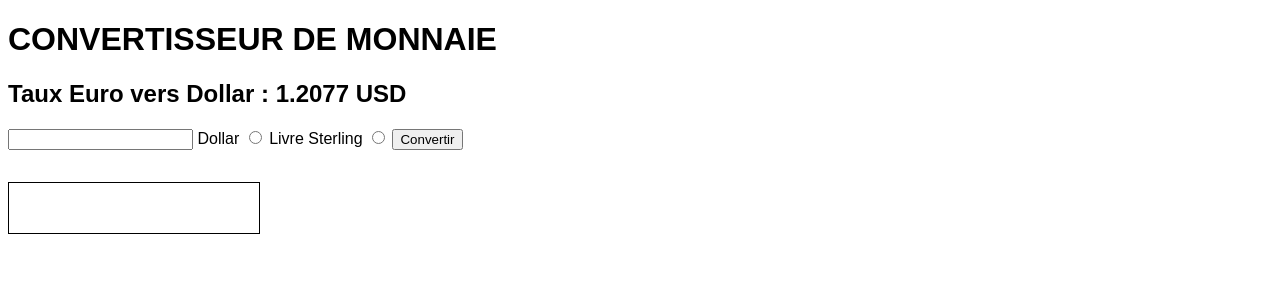
Repository: techmindconsulting/wordshiop-js
Page: index.html
An editor plug-in stored every save of this project. The page is shown before and after a run of saves, followed by the edit.
The browser window is 1280 px wide. The pictures show the whole page.

Above is the page before, as saved 2021-01-17 13:17:13.

### index.html
<!DOCTYPE html>
<html lang="en">
<head>
    <meta charset="UTF-8">
    <meta name="viewport" content="width=device-width, initial-scale=1.0">
    <title>Convertisseur</title>
    <script src="conversion.js"></script>
    <style>
        html {
            font-family: sans-serif;
        }
        p {
            border: 1px solid black;
            width: 250px;
            height: 50px;
            font-size: 2rem;
        }
    </style>
</head>
<body>
    <h1>CONVERTISSEUR DE MONNAIE</h1>
    <h2>Taux Euro vers Dollar : 1.2077 USD</h2>
    <input type="text" id="amount" >
    <label for="amount">Dollar</label>
    <input type="radio" id="dollar" name="currency">
    <label for="livre_sterling">Livre Sterling</label>
    <input type="radio" id="livre_sterling" name="currency">

    <input type="button" value="Convertir" onClick=convertir()>
    <p id="resultat"></p>
</body>
</html>

### conversion.js
/* Fonction qui est appelé sur l'évenement utilisateur onClick */
function convertir() {
   /* Déclaration de variable */
    const CURRENCY_DOLLAR = 1.2077;
    let resultat;
    let amount = document.getElementById('amount').value;

    /* Opération de converssion */
    resultat = amount * CURRENCY_DOLLAR;

    /* Affichage dans le document HTML */
    document.getElementById('resultat').innerText = resultat + ' $';
}

After the next 2 saves:
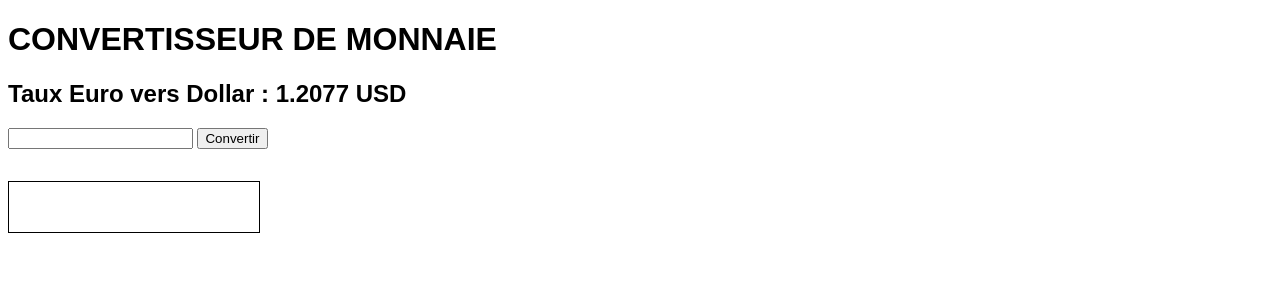
The 2 saves are shown as one change because they came seconds apart.
The last was saved 49 s later.
--- a/index.html
+++ b/index.html
@@ -21,10 +21,6 @@
     <h1>CONVERTISSEUR DE MONNAIE</h1>
     <h2>Taux Euro vers Dollar : 1.2077 USD</h2>
     <input type="text" id="amount" >
-    <label for="amount">Dollar</label>
-    <input type="radio" id="dollar" name="currency">
-    <label for="livre_sterling">Livre Sterling</label>
-    <input type="radio" id="livre_sterling" name="currency">
 
     <input type="button" value="Convertir" onClick=convertir()>
     <p id="resultat"></p>
